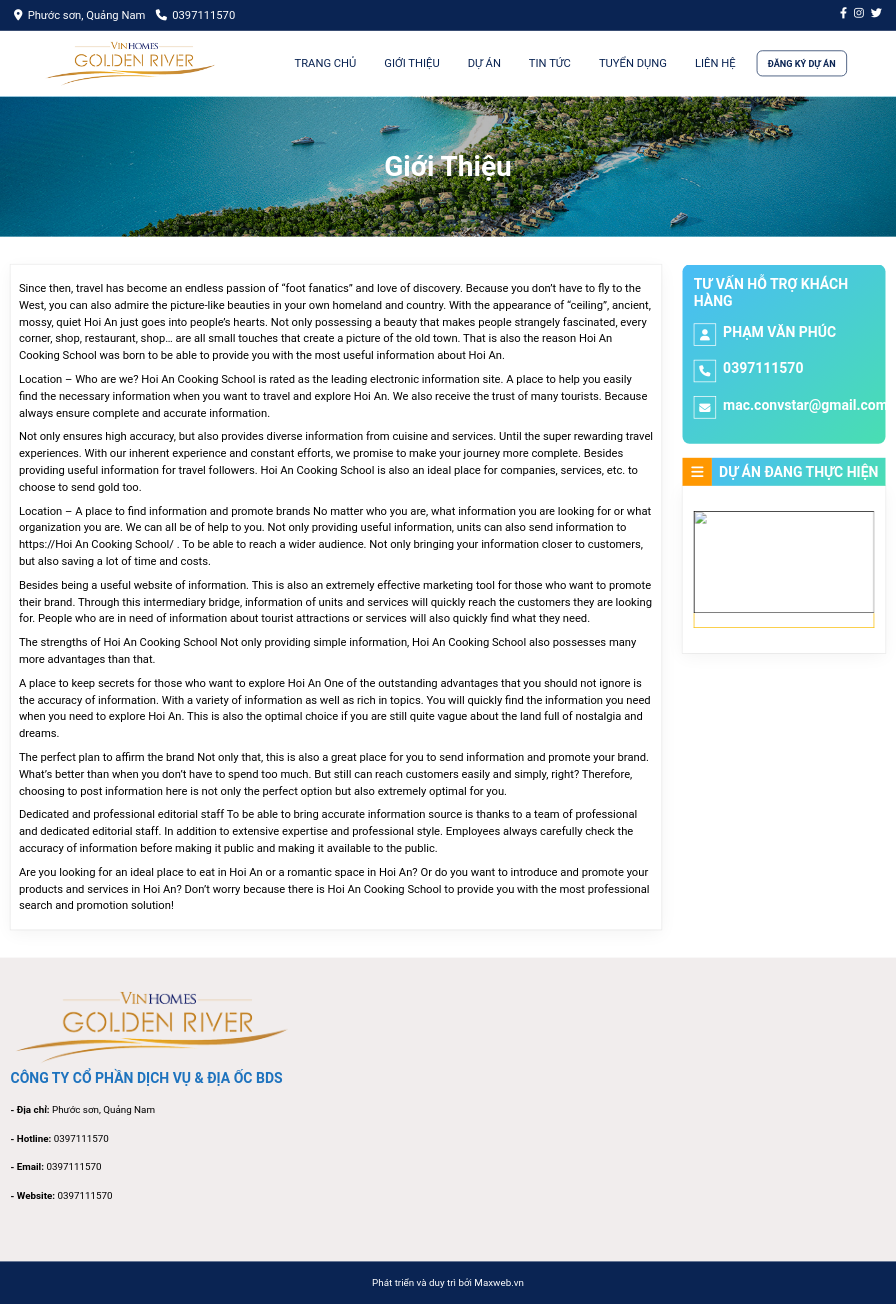
Repository: phamphuc2/fontend-bds
Page: about.html
The author's editor kept a copy of each file at every save. The page is drawn from the files as they stood at one save, then again after the next save.
The browser window is 1280 px wide. The pictures show the whole page, at 70% of full size.
Pictures or frames that could not be fetched are drawn as grey boxes. Some web libraries are served in a nearby version.

Above is the page before, as saved 2022-06-23 16:08:32.

After the next save:
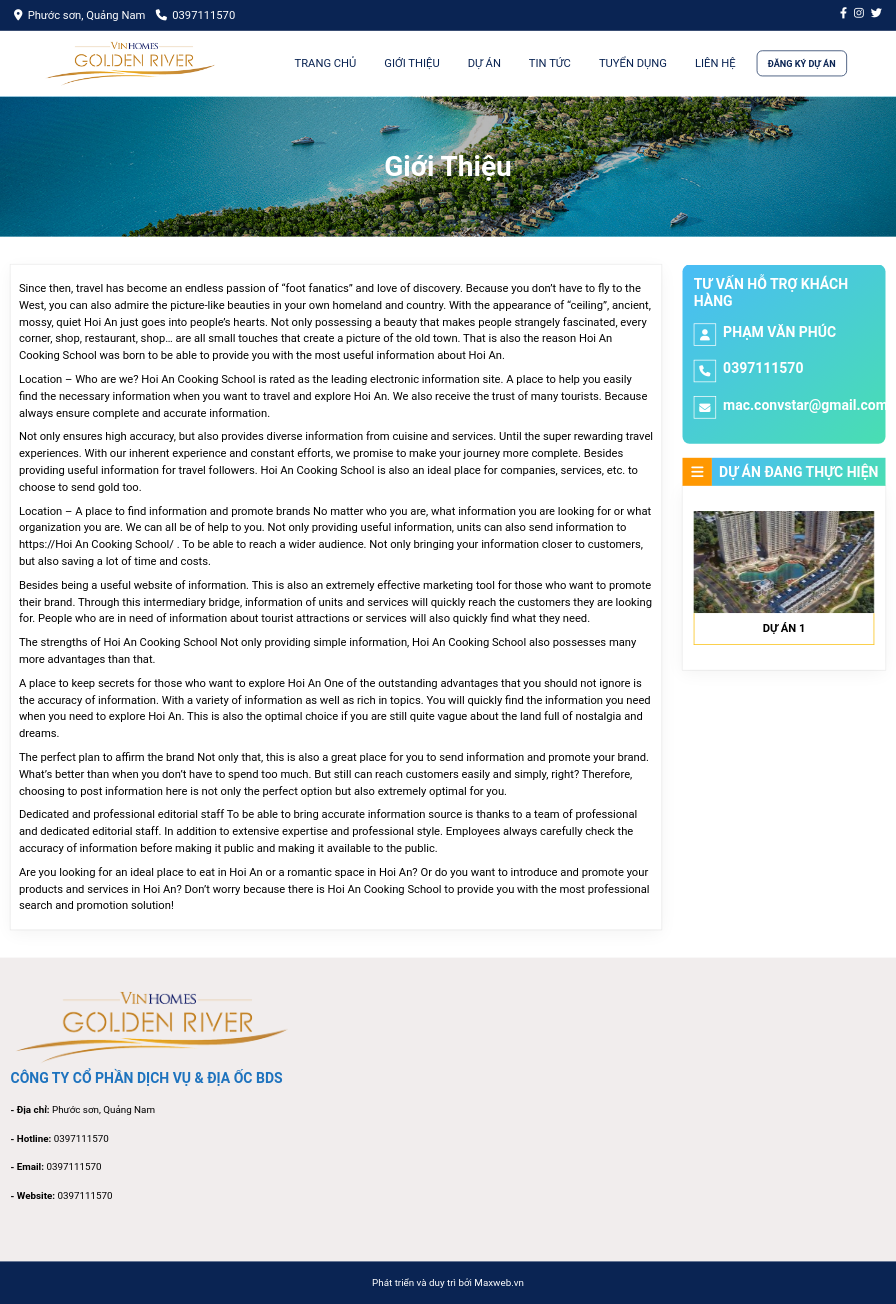
Saved 17 s later.
--- a/about.html
+++ b/about.html
@@ -317,10 +317,10 @@
                             <div class="item-project">
                                     <a href="" class="item">
                                         <div class="img-wrap">
-                                            <img src="" alt="">
+                                            <img src="./assets/images/project1.jpg" alt="">
                                         </div>
                                         <div class="item-content">
-                                            <p class="name-project"></p>
+                                            <p class="name-project">DỰ ÁN 1</p>
                                         </div>
                                     </a>
                             </div>
